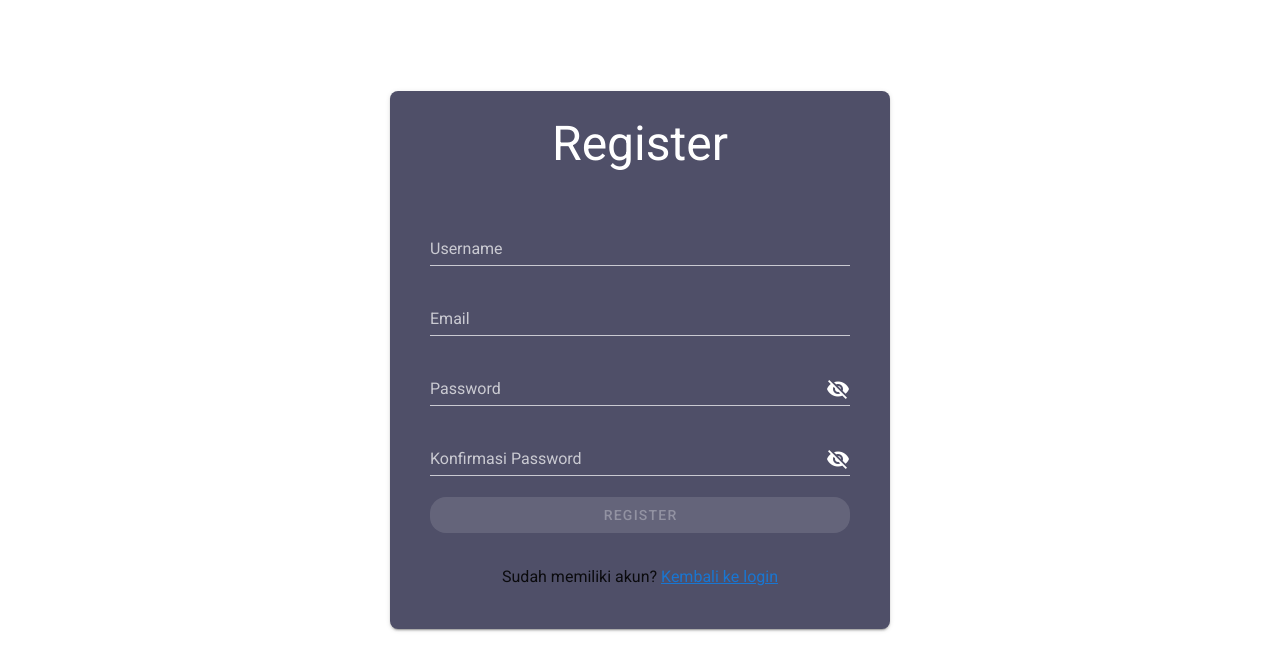
Repository: wildanpurnomo/kulia-fe
Page: /register
An editor plug-in stored every save of this project. The page is shown before and after the next save, followed by the edit.
The browser window is 1280 px wide. The pictures show the whole page.
The page's requests for data from a server got no answer. The project was rebuilt for these pictures with package versions that can differ from the ones it lists, and the page was loaded fresh each time. No one was signed in, and anything a server would have sent is missing. Also part of the build but not shown: vue.config.js. Imported but missing from the stored project, and not drawn on this page: src/views/partials/main/MyProfile.vue.

Above is the page before, as saved 2020-11-27 22:43:24.

After the next save:
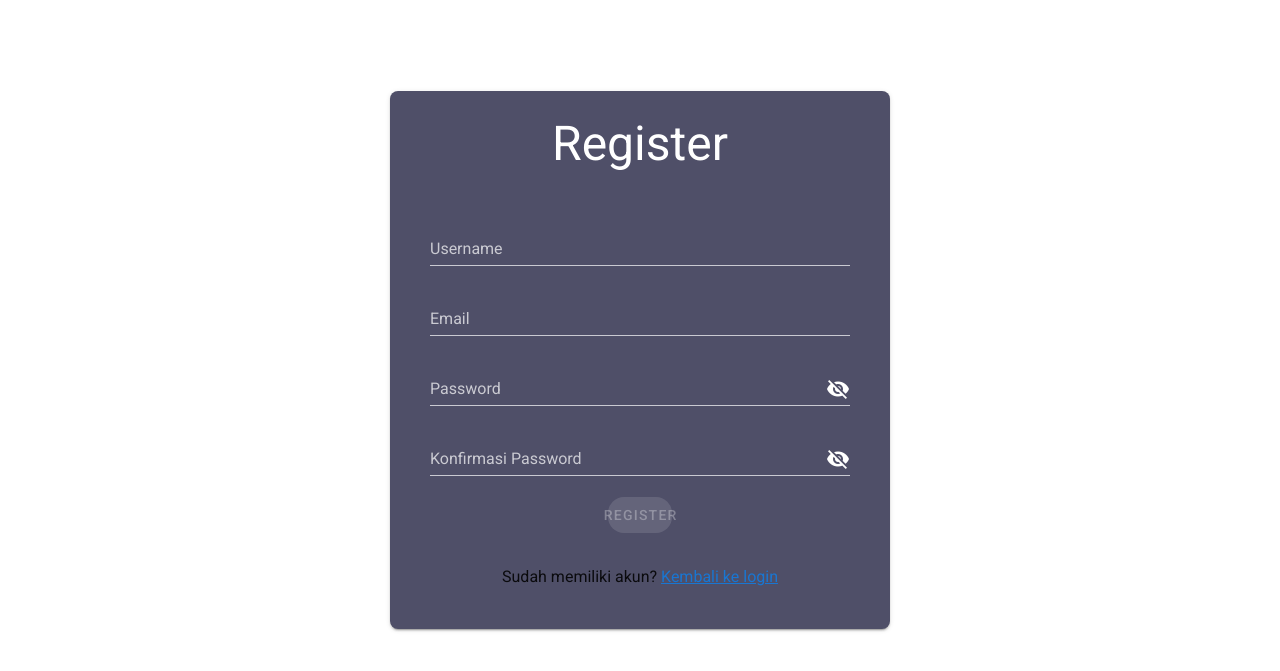
Saved 19 s later.
--- a/src/views/partials/auth/Register.vue
+++ b/src/views/partials/auth/Register.vue
@@ -52,7 +52,7 @@
                 <v-btn
                   type="submit"
                   class="white--text red accent-2 rounded-xl"
-                  width="100%"
+                  width="0%"
                   :disabled="!isFormValid || isFormLoading"
                   :loading="isFormLoading"
                   @click.prevent="register"
